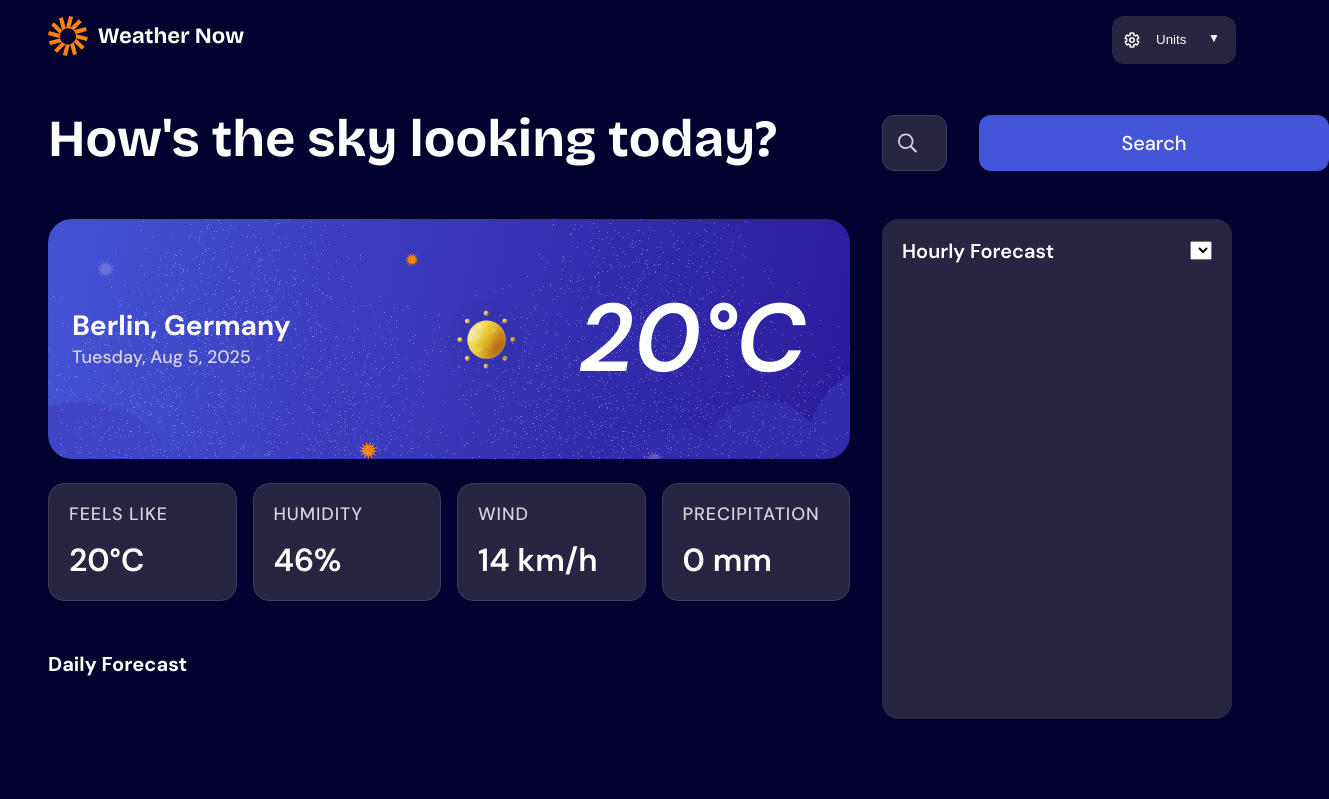
Repository: MKwaak/weather-app-main
Page: index.html
These files come from the project's save history. The page is drawn as it stood at one moment and after the next save; the edit follows.
The browser window is 1280 px wide. The page is 1329 px wide, then 1280 px, so the pictures cover 1329 px, including what lies to the right of the window. The pictures show the whole page.
The page's requests for data from a server got no answer.

Above is the page before, as saved 2026-02-01 10:03:48.

After the next save:
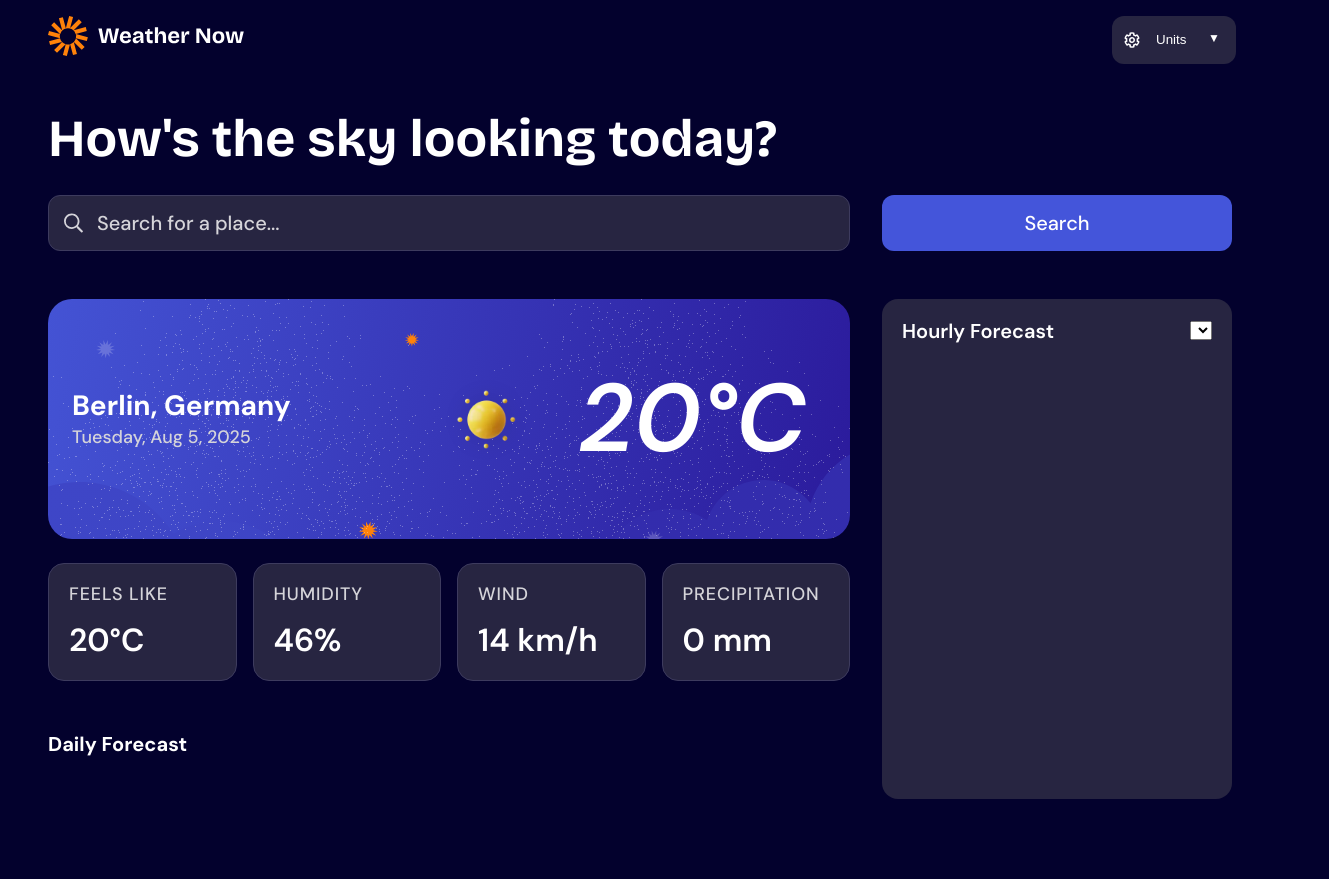
Saved 3 min 31 s later.
--- a/style.css
+++ b/style.css
@@ -341,19 +341,12 @@
 /* De Container: Gebruik Flexbox om ze naast elkaar te zetten */
 .hero__search {
   display: grid;
-  grid-template-columns: 1fr; /* Mobiel: 1 kolom */
+  grid-template-columns: 1fr; /* Mobiel: alles onder elkaar */
+  grid-column: 1 / -1; /* Zorgt dat de container de volle breedte pakt om de grid te kunnen verdelen */
   gap: 12px;
   width: 100%;
   max-width: 1184px;
   margin: 16px auto 0 auto;
-
-  /* OUD 1 feb.
-  grid-column: 1 / -1;
-  display: flex;
-  flex-direction: column; /* MOBIEL: Stapelen (boven elkaar) */
-  /* OUD 1 feb. gap: 12px;
-  width: 100%;
-  /*margin-top: 16px;*/
 }
 
 @media (min-width: 1000px) {
